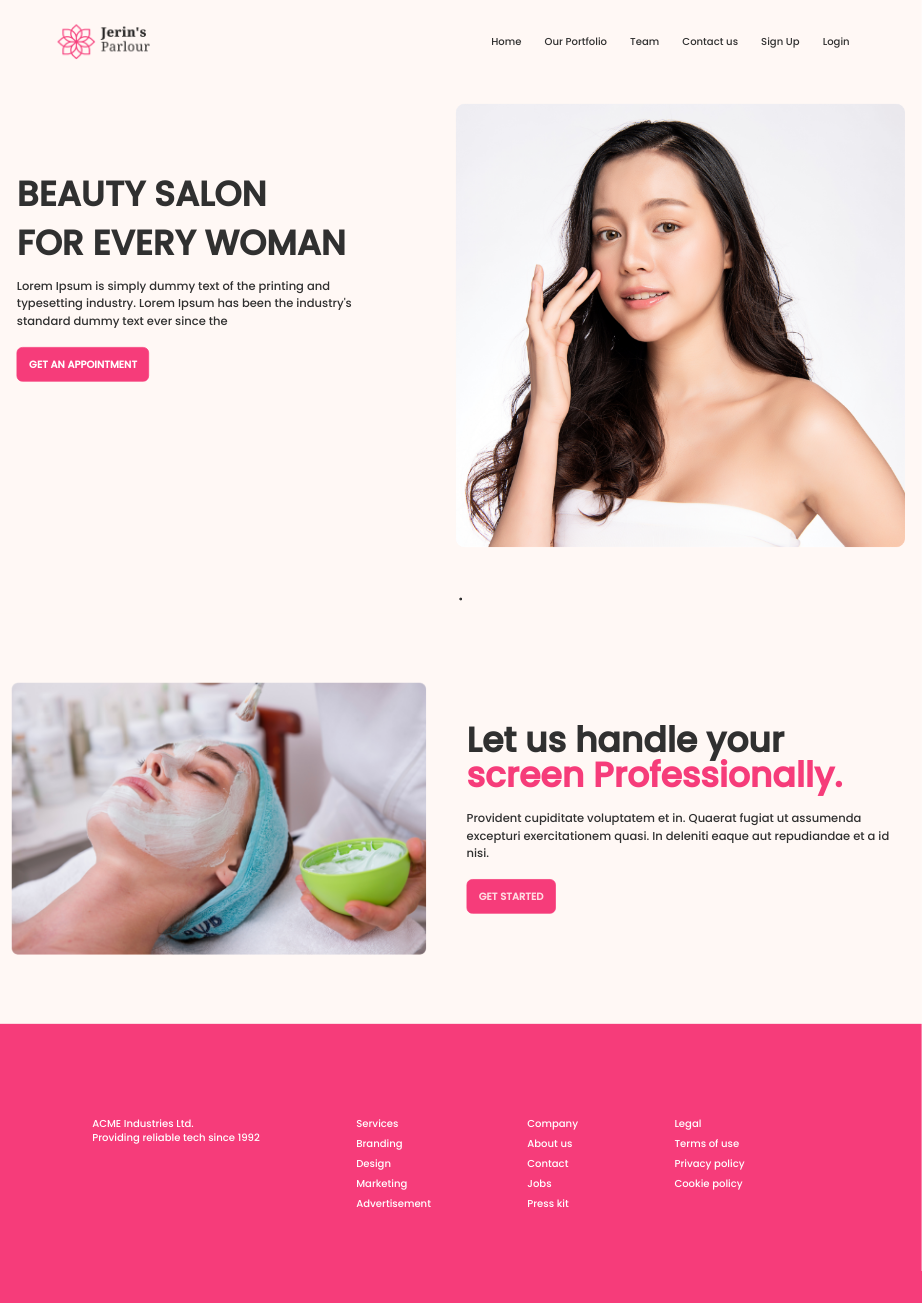
Repository: Wahid137/jerins-parlour-client
Page: /
The author's editor kept a copy of each file at every save. The page is drawn from the files as they stood at one save, then again after the next save.
The browser window is 1280 px wide. The pictures show the whole page, at 72% of full size.
The page's requests for data from a server got no answer. The project was rebuilt for these pictures with package versions that can differ from the ones it lists, and the page was loaded fresh each time. No one was signed in, and anything a server would have sent is missing. Also part of the build but not shown: src/App.css, src/Pages/Home/Services/ServicesCard.js.

Above is the page before, as saved 2023-07-16 04:13:11.

After the next save:
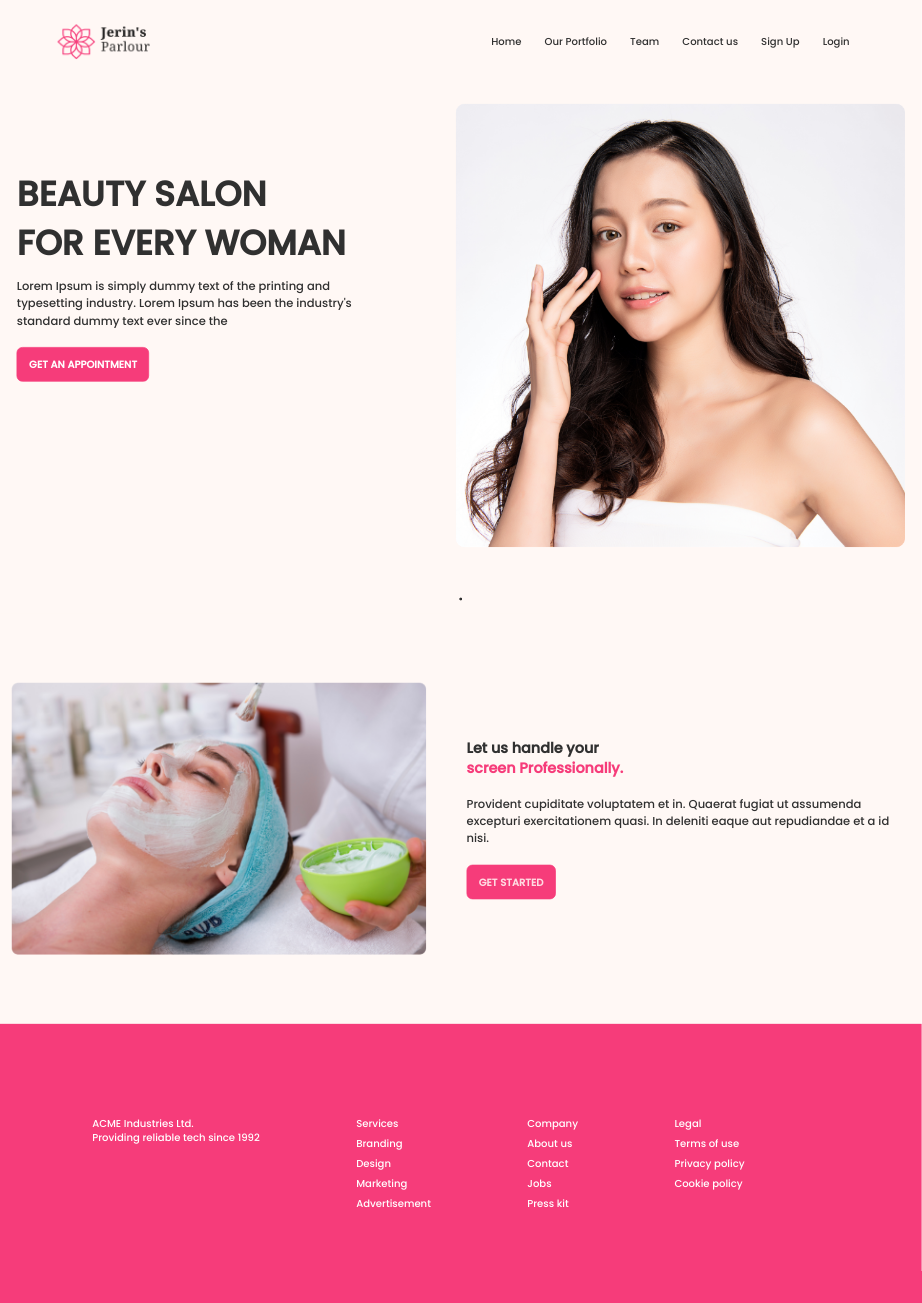
Saved 28 s later.
--- a/src/Pages/Home/Screen/Screen.js
+++ b/src/Pages/Home/Screen/Screen.js
@@ -7,7 +7,7 @@ const Screen = () => {
             <div className="hero-content flex-col lg:flex-row">
                 <img src={face} className="max-w-xl rounded-lg" alt="" />
                 <div className='lg:w-1/2 ms-10'>
-                    <h1 className="text-5xl font-bold">Let us handle your <br /><span className='text-primary'>screen Professionally.</span></h1>
+                    <h1 className="text-xl font-bold">Let us handle your <br /><span className='text-primary'>screen Professionally.</span></h1>
                     <p className="py-6">Provident cupiditate voluptatem et in. Quaerat fugiat ut assumenda excepturi exercitationem quasi. In deleniti eaque aut repudiandae et a id nisi.</p>
                     <button className="btn btn-primary">Get Started</button>
                 </div>
